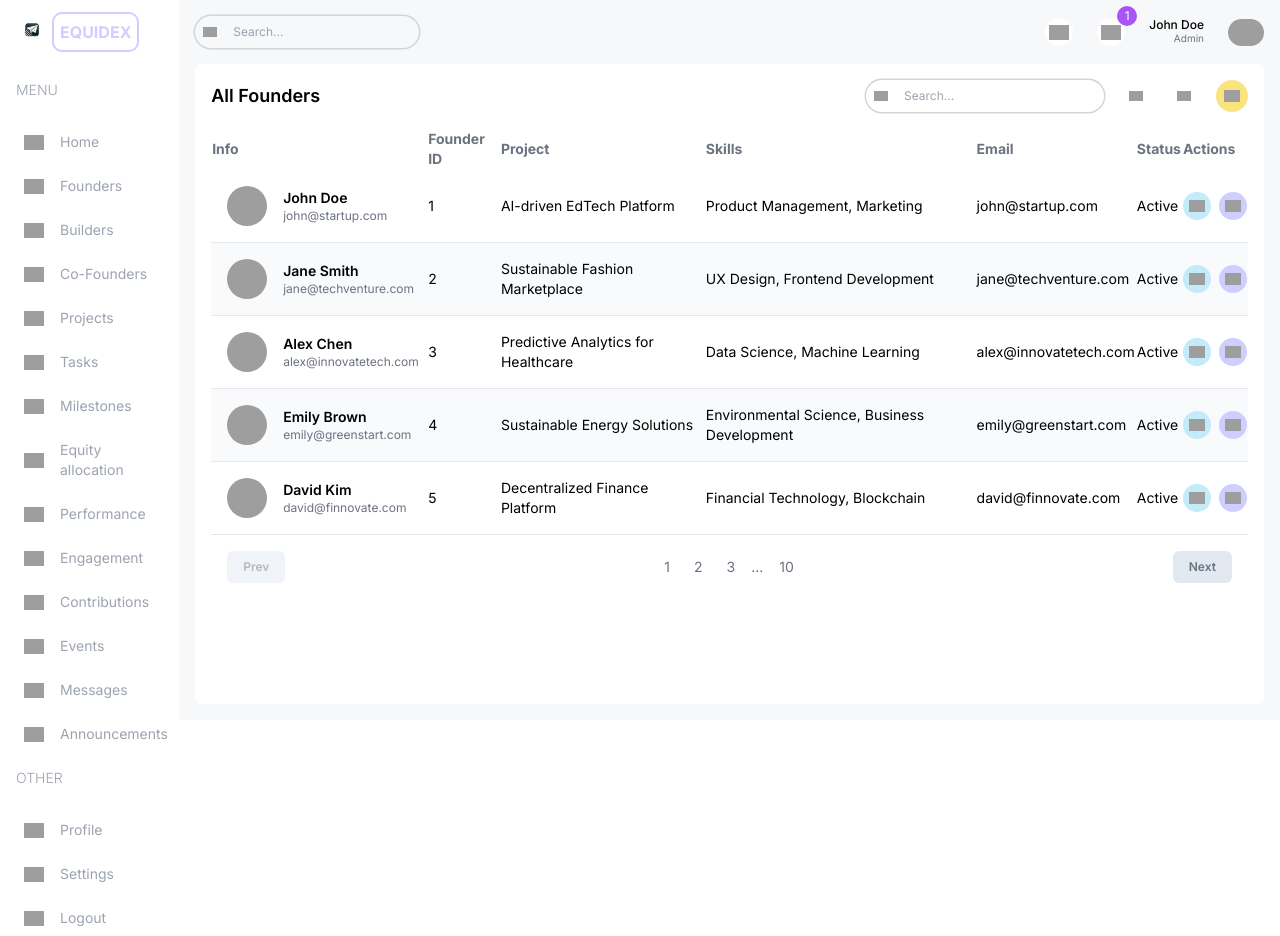
Repository: MikeeBuilds/equidex
Page: /list/founders
An editor plug-in stored every save of this project. The page is shown before and after the next save, followed by the edit.
The browser window is 1280 px wide. The pictures show the whole page.
Pictures or frames that could not be fetched are drawn as grey boxes. The project was rebuilt for these pictures with package versions that can differ from the ones it lists, and the page was loaded fresh each time. The framework's server and built-in components were replaced by stand-ins that run in the browser. Also part of the build but not shown: next.config.mjs.

Above is the page before, as saved 2024-09-25 15:40:48.

### src/app/layout.tsx
import type { Metadata } from "next";
import { Inter } from "next/font/google";
import "./globals.css";

const inter = Inter({ subsets: ["latin"] });

export const metadata: Metadata = {
  title: "Equidex",
  description: "Link with builders & share workload for sweat equity",
};

export default function RootLayout({
  children,
}: Readonly<{
  children: React.ReactNode;
}>) {
  return (
    <html lang="en">
      <body className={inter.className}>

        {children}
      </body>
    </html>
  );
}

### src/app/(dashboard)/layout.tsx
import Menu from "@/components/Menu";
import Navbar from "@/components/Navbar";
import Image from "next/image";
import Link from "next/link";

export default function DashboardLayout({
  children,
}: Readonly<{
  children: React.ReactNode;
}>) {
  return (
    <div className="h-screen flex">
      {/* LEFT */}
      <div className="w-[14%] md:w-[8%] lg:w-[16%] xl:w-[14%] p-4">
        <Link
          href="/"
          className="flex items-center justify-center lg:justify-start gap-2"
        >
          <Image src="/logo.png" alt="logo" width={32} height={32} />
          <span className="hidden lg:block font-bold text-dexPurple outline outline-2 outline-offset-2 outline-dexPurple rounded-md p-1">EQUIDEX</span>
        </Link>
        <Menu />
      </div>
      {/* RIGHT */}
      <div className="w-[86%] md:w-[92%] lg:w-[84%] xl:w-[86%] bg-[#F7F8FA] overflow-scroll flex flex-col">
        <Navbar />
        {children}
      </div>
    </div>
  );
}

### src/app/(dashboard)/list/founders/page.tsx
import FormModal from "@/components/FormModal";
import Pagination from "@/components/Pagination";
import Table from "@/components/Table";
import TableSearch from "@/components/TableSearch";
import { role, foundersData } from "@/lib/data";
import Image from "next/image";
import Link from "next/link";

type Founder = {
  id: number;
  teacherId: string;
  name: string;
  email?: string;
  photo: string;
  phone: string;
  subjects: string[];
  classes: string[];
  address: string;
  project: string;
  skills: string[];
};

const columns = [
  {
    header: "Info",
    accessor: "info",
  },
  {
    header: "Founder ID",
    accessor: "founderId",
    className: "hidden md:table-cell",
  },
  {
    header: "Project",
    accessor: "project",
    className: "hidden md:table-cell",
  },
  {
    header: "Skills",
    accessor: "skills",
    className: "hidden md:table-cell",
  },
  {
    header: "Email",
    accessor: "email",
    className: "hidden lg:table-cell",
  },
  {
    header: "Status",
    accessor: "status",
    className: "hidden lg:table-cell",
  },
  {
    header: "Actions",
    accessor: "action",
  },
];

const FounderListPage = () => {
  const renderRow = (item: Founder) => (
    <tr
      key={item.id}
      className="border-b border-gray-200 even:bg-slate-50 text-sm hover:bg-lamaPurpleLight"
    >
      <td className="flex items-center gap-4 p-4">
        <Image
          src={item.photo}
          alt=""
          width={40}
          height={40}
          className="md:hidden xl:block w-10 h-10 rounded-full object-cover"
        />
        <div className="flex flex-col">
          <h3 className="font-semibold">{item.name}</h3>
          <p className="text-xs text-gray-500">{item.email}</p>
        </div>
      </td>
      <td className="hidden md:table-cell">{item.id}</td>
      <td className="hidden md:table-cell">{item.project}</td>
      <td className="hidden md:table-cell">{item.skills.join(", ")}</td>
      <td className="hidden lg:table-cell">{item.email}</td>
      <td className="hidden lg:table-cell">Active</td>
      <td>
        <div className="flex items-center gap-2">
          <Link href={`/list/founders/${item.id}`}>
            <button className="w-7 h-7 flex items-center justify-center rounded-full bg-dexSky">
              <Image src="/view.png" alt="" width={16} height={16} />
            </button>
          </Link>
          {role === "admin" && (
            <FormModal table="founder" type="delete" id={item.id}/>
          )}
        </div>
      </td>
    </tr>
  );

  return (
    <div className="bg-white p-4 rounded-md flex-1 m-4 mt-0">
      {/* TOP */}
      <div className="flex items-center justify-between">
        <h1 className="hidden md:block text-lg font-semibold">All Founders</h1>
        <div className="flex flex-col md:flex-row items-center gap-4 w-full md:w-auto">
          <TableSearch />
          <div className="flex items-center gap-4 self-end">
            <button className="w-8 h-8 flex items-center justify-center rounded-full bg-lamaYellow">
              <Image src="/filter.png" alt="" width={14} height={14} />
            </button>
            <button className="w-8 h-8 flex items-center justify-center rounded-full bg-lamaYellow">
              <Image src="/sort.png" alt="" width={14} height={14} />
            </button>
            {role === "admin" && (
              <FormModal table="founder" type="create"/>
            )}
          </div>
        </div>
      </div>
      {/* LIST */}
      <Table columns={columns} renderRow={renderRow} data={foundersData} />
      {/* PAGINATION */}
      <Pagination />
    </div>
  );
};

export default FounderListPage;

### src/app/globals.css
@tailwind base;
@tailwind components;
@tailwind utilities;

.react-calendar {
  width: 100% !important;
  border: none !important;
  font-family: "Inter", sans-serif !important;
}

.react-calendar__navigation__label__labelText {
  font-weight: 600;
}

.react-calendar__tile--active {
  background-color: #c3ebfa !important;
  color: black !important;
}

.rbc-btn-group:first-child {
  display: none !important;
}

.rbc-toolbar-label {
  text-align: right !important;
  padding: 0px 20px !important;
}

.rbc-btn-group:last-child {
  font-size: 13px !important;
}

.rbc-btn-group:last-child button {
  border: none !important;
  background-color: #f1f0ff !important;
  margin-left: 2px !important;
}

.rbc-toolbar button.rbc-active {
  background-color: #dbdafe !important;
  box-shadow: none !important;
}

.rbc-time-view {
  border-color: #eee !important;
}

.rbc-time-header {
  display: none !important;
}

.rbc-time-content {
  border: none !important;
}

.rbc-time-gutter.rbc-time-column {
  font-size: 12px !important;
}

.rbc-time-gutter.rbc-time-column .rbc-timeslot-group {
  padding: 0px 20px !important;
}

.rbc-timeslot-group {
  background-color: #f7fdff !important;
}

.rbc-day-slot {
  font-size: 14px !important;
}

.rbc-event {
  border: none !important;
  color: black !important;
  padding: 10px !important;
  margin: 10px !important;
  width: 99% !important;
}

.event-pitch {
  background-color: #e2f8ff !important;
}
.event-networking {
  background-color: #fefce8 !important;
}
.event-investor {
  background-color: #f2f1ff !important;
}
.event-workshop {
  background-color: #fdf2fb !important;
}
.event-meetup {
  background-color: #e2fff0 !important;
}
.event-funding {
  background-color: #fff2e2 !important;
}
.event-launch {
  background-color: #f2e2ff !important;
}
.event-meeting {
  background-color: #e2f0ff !important;
}
.event-hackathon {
  background-color: #ffe2e2 !important;
}

### src/components/Menu.tsx
import { role } from "@/lib/data";
import Image from "next/image";
import Link from "next/link";

const menuItems = [
  {
    title: "MENU",
    items: [
      {
        icon: "/home.png",
        label: "Home",
        href: "/",
        visible: ["admin", "founder", "builder", "cofounder"],
      },
      {
        icon: "/teacher.png",
        label: "Founders",
        href: "/list/founders",
        visible: ["admin", "founder"],
      },
      {
        icon: "/student.png",
        label: "Builders",
        href: "/list/builders",
        visible: ["admin", "founder"],
      },
      {
        icon: "/parent.png",
        label: "Co-Founders",
        href: "/list/cofounder",
        visible: ["admin", "founder"],
      },
      {
        icon: "/subject.png",
        label: "Projects",
        href: "/list/projects",
        visible: ["admin", "founder", "builder", "cofounder"],
      },
      {
        icon: "/class.png",
        label: "Tasks",
        href: "/list/tasks",
        visible: ["admin", "founder", "builder", "cofounder"],
      },
      {
        icon: "/lesson.png",
        label: "Milestones",
        href: "/list/milestones",
        visible: ["admin", "founder", "cofounder"],
      },
      {
        icon: "/exam.png",
        label: "Equity allocation",
        href: "/list/equity-allocation",
        visible: ["admin", "founder"],
      },
      {
        icon: "/assignment.png",
        label: "Performance",
        href: "/list/performance",
        visible: ["admin", "founder", "cofounder"],
      },
      {
        icon: "/result.png",
        label: "Engagement",
        href: "/list/engagement",
        visible: ["admin", "founder", "builder", "cofounder"],
      },
      {
        icon: "/attendance.png",
        label: "Contributions",
        href: "/list/contributions",
        visible: ["admin", "founder", "builder", "cofounder"],
      },
      {
        icon: "/calendar.png",
        label: "Events",
        href: "/list/events",
        visible: ["admin", "founder", "builder", "cofounder"],
      },
      {
        icon: "/message.png",
        label: "Messages",
        href: "/list/messages",
        visible: ["admin", "founder", "builder", "cofounder"],
      },
      {
        icon: "/announcement.png",
        label: "Announcements",
        href: "/list/announcements",
        visible: ["admin", "founder", "builder", "cofounder"],
      },
    ],
  },
  {
    title: "OTHER",
    items: [
      {
        icon: "/profile.png",
        label: "Profile",
        href: "/profile",
        visible: ["admin", "founder", "builder", "cofounder"],
      },
      {
        icon: "/setting.png",
        label: "Settings",
        href: "/settings",
        visible: ["admin", "founder", "builder", "cofounder"],
      },
      {
        icon: "/logout.png",
        label: "Logout",
        href: "/logout",
        visible: ["admin", "founder", "builder", "cofounder"],
      },
    ],
  },
];

const Menu = () => {
  return (
    <div className="mt-4 text-sm">
      {menuItems.map((i) => (
        <div className="flex flex-col gap-2" key={i.title}>
          <span className="hidden lg:block text-gray-400 font-light my-4">
            {i.title}
          </span>
          {i.items.map((item) => {
            if (item.visible.includes(role)) {
              return (
                <Link
                  className="flex items-center justify-center lg:justify-start gap-4 text-gray-400 hover:text-black py-2 md:px-2 rounded-lg hover:bg-dexSkyLight"
                  href={item.href}
                  key={item.label}
                >
                  <Image src={item.icon} alt="" width={20} height={20} />
                  <span className="hidden lg:block">{item.label}</span>
                </Link>
              );
            }
            return null;
          })}
        </div>
      ))}
    </div>
  );
};

export default Menu;

### src/components/Navbar.tsx
import Image from "next/image";

const Navbar = () => {
  return (
    <div className="flex items-center justify-between p-4">
      {/* SEARCH BAR */}
      <div className="hidden md:flex items-center gap-2 text-xs rounded-full ring-[1.5px] ring-gray-300 px-2">
        <Image src="/search.png" alt="" width={14} height={14} />
        <input
          type="text"
          placeholder="Search..."
          className="w-[200px] p-2 bg-transparent outline-none"
        />
      </div>
      {/* ICONS AND USER */}
      <div className="flex items-center gap-6 justify-end w-full">
        <div className="bg-white rounded-full w-7 h-7 flex items-center justify-center cursor-pointer">
          <Image src="/message.png" alt="" width={20} height={20} />
        </div>
        <div className="bg-white rounded-full w-7 h-7 flex items-center justify-center cursor-pointer relative">
          <Image src="/announcement.png" alt="" width={20} height={20} />
          <div className="absolute -top-3 -right-3 w-5 h-5 flex items-center justify-center bg-purple-500 text-white rounded-full text-xs">
            1
          </div>
        </div>
        <div className="flex flex-col">
          <span className="text-xs leading-3 font-medium">John Doe</span>
          <span className="text-[10px] text-gray-500 text-right">Admin</span>
        </div>
        <Image
          src="/avatar.png"
          alt=""
          width={36}
          height={36}
          className="rounded-full"
        />
      </div>
    </div>
  );
};

export default Navbar;

### src/components/FormModal.tsx
"use client";

import dynamic from "next/dynamic";
import Image from "next/image";
import { useState } from "react";

// USE LAZY LOADING

// import TeacherForm from "./forms/TeacherForm";
// import StudentForm from "./forms/StudentForm";

const TeacherForm = dynamic(() => import("./forms/FounderForm"), {
  loading: () => <h1>Loading...</h1>,
});
const CoFounderForm = dynamic(() => import("./forms/CofounderForm"), {
  loading: () => <h1>Loading...</h1>,
});

const forms: {
  [key: string]: (type: "create" | "update", data?: any) => JSX.Element;
} = {
  teacher: (type, data) => <TeacherForm type={type} data={data} />,
  student: (type, data) => <CoFounderForm type={type} data={data} />,
};

const FormModal = ({
  table,
  type,
  data,
  id,
}: {
  table:
    | "founder"
    | "builder"
    | "cofounder"
    | "subject"
    | "class"
    | "lesson"
    | "exam"
    | "assignment"
    | "result"
    | "attendance"
    | "event"
    | "announcement";
  type: "create" | "update" | "delete";
  data?: any;
  id?: number;
}) => {
  const size = type === "create" ? "w-8 h-8" : "w-7 h-7";
  const bgColor =
    type === "create"
      ? "bg-dexYellow"
      : type === "update"
      ? "bg-dexSky"
      : "bg-dexPurple";

  const [open, setOpen] = useState(false);

  const Form = () => {
    return type === "delete" && id ? (
      <form action="" className="p-4 flex flex-col gap-4">
        <span className="text-center font-medium">
          All data will be lost. Are you sure you want to delete this {table}?
        </span>
        <button className="bg-red-700 text-white py-2 px-4 rounded-md border-none w-max self-center">
          Delete
        </button>
      </form>
    ) : type === "create" || type === "update" ? (
      forms[table](type, data)
    ) : (
      "Form not found!"
    );
  };

  return (
    <>
      <button
        className={`${size} flex items-center justify-center rounded-full ${bgColor}`}
        onClick={() => setOpen(true)}
      >
        <Image src={`/${type}.png`} alt="" width={16} height={16} />
      </button>
      {open && (
        <div className="w-screen h-screen absolute left-0 top-0 bg-black bg-opacity-60 z-50 flex items-center justify-center">
          <div className="bg-white p-4 rounded-md relative w-[90%] md:w-[70%] lg:w-[60%] xl:w-[50%] 2xl:w-[40%]">
            <Form />
            <div
              className="absolute top-4 right-4 cursor-pointer"
              onClick={() => setOpen(false)}
            >
              <Image src="/close.png" alt="" width={14} height={14} />
            </div>
          </div>
        </div>
      )}
    </>
  );
};

export default FormModal;

### src/components/Pagination.tsx
const Pagination = () => {
    return (
      <div className="p-4 flex items-center justify-between text-gray-500">
        <button
          disabled
          className="py-2 px-4 rounded-md bg-slate-200 text-xs font-semibold disabled:opacity-50 disabled:cursor-not-allowed"
        >
          Prev
        </button>
        <div className="flex items-center gap-2 text-sm">
          <button className="px-2 rounded-sm bg-lamaSky">1</button>
          <button className="px-2 rounded-sm ">2</button>
          <button className="px-2 rounded-sm ">3</button>
          ...
          <button className="px-2 rounded-sm ">10</button>
        </div>
        <button className="py-2 px-4 rounded-md bg-slate-200 text-xs font-semibold disabled:opacity-50 disabled:cursor-not-allowed">
          Next
        </button>
      </div>
    );
  };

  export default Pagination;

### src/components/Table.tsx
const Table = ({
    columns,
    renderRow,
    data,
  }: {
    columns: { header: string; accessor: string; className?: string }[];
    renderRow: (item: any) => React.ReactNode;
    data: any[];
  }) => {
    return (
      <table className="w-full mt-4">
        <thead>
          <tr className="text-left text-gray-500 text-sm">
            {columns.map((col) => (
              <th key={col.accessor} className={col.className}>{col.header}</th>
            ))}
          </tr>
        </thead>
        <tbody>{data.map((item) => renderRow(item))}</tbody>
      </table>
    );
  };

  export default Table;

### src/components/TableSearch.tsx
import Image from "next/image";

const TableSearch = () => {
  return (
    <div className="w-full md:w-auto flex items-center gap-2 text-xs rounded-full ring-[1.5px] ring-gray-300 px-2">
      <Image src="/search.png" alt="" width={14} height={14} />
      <input
        type="text"
        placeholder="Search..."
        className="w-[200px] p-2 bg-transparent outline-none"
      />
    </div>
  );
};

export default TableSearch;

### tailwind.config.ts
import type { Config } from "tailwindcss";

const config: Config = {
  content: [
    "./src/pages/**/*.{js,ts,jsx,tsx,mdx}",
    "./src/components/**/*.{js,ts,jsx,tsx,mdx}",
    "./src/app/**/*.{js,ts,jsx,tsx,mdx}",
  ],
  theme: {
    extend: {
      backgroundImage: {
        "gradient-radial": "radial-gradient(var(--tw-gradient-stops))",
        "gradient-conic":
          "conic-gradient(from 180deg at 50% 50%, var(--tw-gradient-stops))",
      },
      colors: {
        dexSky: "#C3EBFA",
        dexSkyLight: "#EDF9FD",
        dexPurple: "#CFCEFF",
        dexPurpleLight: "#F1F0FF",
        dexYellow: "#FAE27C",
        dexYellowLight: "#FEFCE8",
      },
    },
  },
  plugins: [],
};
export default config;

Loaded but not shown: src/lib/data.ts (446 lines, source omitted)

After the next save:
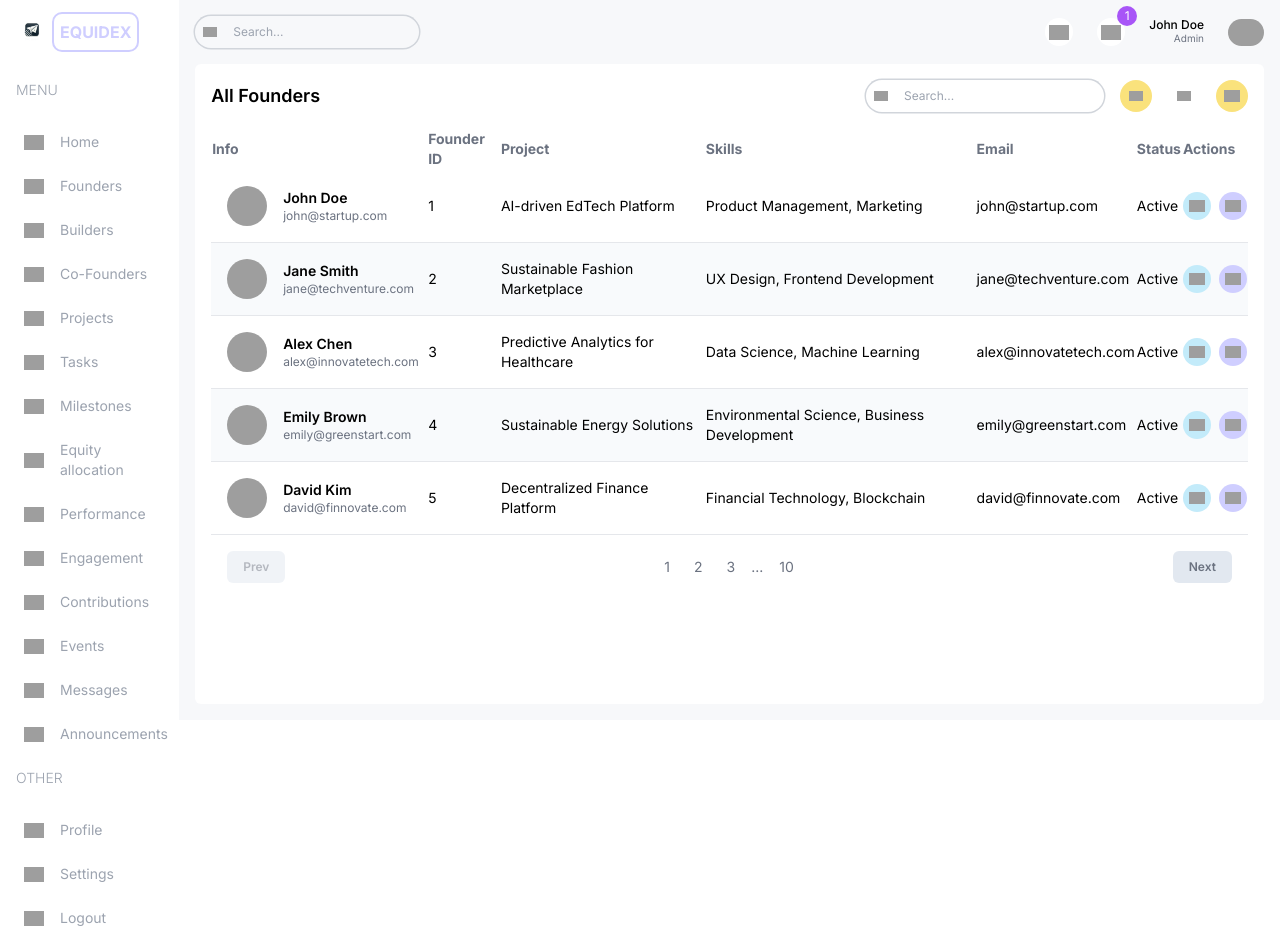
Saved 20 s later.
--- a/src/app/(dashboard)/list/founders/page.tsx
+++ b/src/app/(dashboard)/list/founders/page.tsx
@@ -103,7 +103,7 @@ const FounderListPage = () => {
         <div className="flex flex-col md:flex-row items-center gap-4 w-full md:w-auto">
           <TableSearch />
           <div className="flex items-center gap-4 self-end">
-            <button className="w-8 h-8 flex items-center justify-center rounded-full bg-lamaYellow">
+            <button className="w-8 h-8 flex items-center justify-center rounded-full bg-dexYellow">
               <Image src="/filter.png" alt="" width={14} height={14} />
             </button>
             <button className="w-8 h-8 flex items-center justify-center rounded-full bg-lamaYellow">
